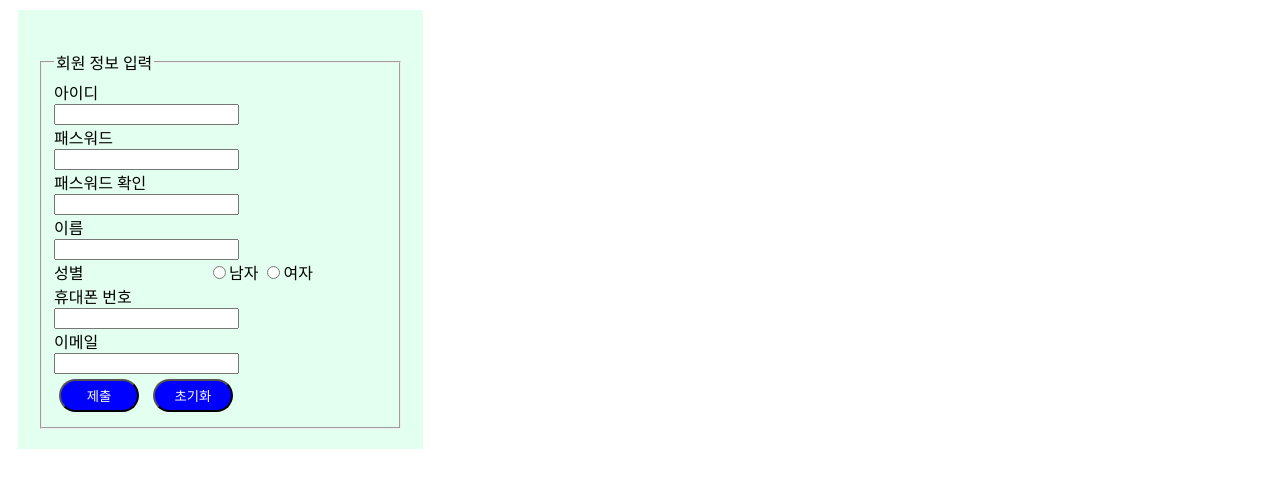
Repository: ypyp0205/jquery
Page: jqpro/WebContent/0205/formsend_valid.html
These files come from the project's save history. The page is drawn as it stood at one moment and after the next save; the edit follows.
The browser window is 1280 px wide. The pictures show the whole page.

Above is the page before, as saved 2020-02-06 04:40:43.

### jqpro/WebContent/0205/formsend_valid.html
<!DOCTYPE html>
<html>
<head>
<meta charset="UTF-8">
<title>Insert title here</title>
<link rel="stylesheet" href="../CSS/mystyle.css">
<script src="../js/formsend_valid.js"></script>
<style type="text/css">
label {
	display: inline-block;
	width: 150px;
}
div{
width: 365px;
}
</style>
</head>
<body>

	<div class="box">
		<h2></h2>
		<form name="ff" action="">
<fieldset>
<legend>회원 정보 입력</legend>

<label>아이디
</label>
<input type="text" name="id">
<br>

<label>패스워드
</label>
<input type="password" name="pass1">
<br>

<label>패스워드 확인
</label>
<input type="password" name="pass2">
<br>

<label>이름
</label>
<input type="text" name="name">
<br>

<label>성별
</label>
<input type="radio" name="gender">남자
<input type="radio" name="gender">여자
<br>

<label>휴대폰 번호
</label>
<input type="text" name="tel">
<br>

<label>이메일
</label>
<input type="email" name="mail">
<br>


<button type="button">제출</button>
<button type="reset">초기화</button>


</fieldset>



		</form>
	</div>
</body>
</html>

### jqpro/WebContent/CSS/mystyle.css
@CHARSET "UTF-8";

pre {
	height: auto;
	background: #efffef;
	border: 3px solid green;
	font-size: 20px;
	padding: 10px;
	border-radius: 20px;
}

.box {
	background: #e3ffef;
	margin: 10px;
	height: auto;
	padding: 20px;
}

.box div {
	border: 3px dotted green;
	height: auto;
	margin: 10px;
	padding: 10px;
	border-radius: 20px;
}

.box button {
	color: white;
	background: blue;
	padding: 5px;
	margin: 5px;
	width: 80px;
	border-radius: 40px;
}

.box pre {
	padding: 15px;
	color: blue;
	background: rgb(197, 209, 222);
	line-height: 1.5em;
	font-weight: bold;
	}

### jqpro/WebContent/js/formsend_valid.js
/**
 *
 * 정규식을 이용한 데이타 검증
 * 비교문자값.match('정규식'):
 * 정규식.test(비교문자값) 	: 문자값이 정규식에 맞는가
 * 						: 결과값 true, false로 리턴
 */

function sendProc() {

	f = document.ff;

	// id는 영문자로 시작하고 숫자를 조합해서 8~12사이로 한다.
	idvalue = f.id.value;
	idlen = idvalue.trim().length;

	if(idlen == 0){
		alert("아이디를 입력");
		return false;
	}
	if(idlen < 8 || idlen > 12){
		alert("아이디는 8~12입니다.");
		return false;
	}
	idreg = /^[a-zA-z][0-9a-zA-Z]{7,11}$/
	if(!(idreg.test(idvalue))){
		alert("아이디 형식오류");
		return false;
	}
	///////////////////////
	// 이름
	namevalue = f.name.value;
	namelen = namevalue.trim().length;
	if(namelen == 0){
		alert("name입력");
		return false;
	}
	namereg = /^[가-힣]+|^[a-zA-Z]+/;
			if(namereg.test(namevalue)){
				rkor = /^[가-힣]+$/;
				reng = /^[a-zA-Z]+$/;

				if(rkor.test(namevalue)){
					if(namelen < 2 || namelen > 5){
						alert("한글이름은 2~5글자로 작성해주세요.");
						return false;
					}
				}else if(reng.test(namevalue)){
					if(namelen < 10 || namelen > 20){
						alert("영문 이름은 10~20글자로 작성해주세요.");
						return false;
					}
				}else{
					alert("이름 형식 오류");
					return false;
				}
			}else{
				alert("이름 형식 오류");
				return false;
			}
			//////////////////////////////////
			// 비밀번호 - 영문 숫자 특수문자가 반드시 한글자 이상씩포함.

			// 전방탐색
			// \w+(?=str) --> str을 찾아서, str을 기준으로 앞에 한번이상 나오는 문자나 숫자를 검색한다.
			// str을 기준으로 앞에 나타나는 문자나 숫자가 없다면 str로 시작한다.
			passvalue = f.pass.value;
			passlen = passvalue.trim().length;

			pass2 = f.pass2.value;
			if(passvalue != pass2){
				alert("2개의 비밀번호가 불일치");
				return false;
			}



			if(passlen == 0){
				alert("비밀번호를 입력");
				return false;
			}
			if(passlen < 8 || passlen > 12){
				alert("비밀번호는 8~12압나다.");
				return false;
			}
			passreg = /^(?=.*[A-Z])(?=.*[a-z])(?=.*[0-9])(?=.*[~!@#$%^&*]).{8,12}$/;
			if(!(passreg.test(passvalue))){
				alert("비밀번호 형식오류");
				return false;
			}
			///////////////////////////
			// 전화번호
			telvalue = f.tel.value;
			tellen = telvalue.trim().length;

			if(tellen == 0){
				alert("전화번호 입력");
				return false;
			}
			telreg = /^\d{3}-\d{4}-\d{4}$/;
			if(!(telreg.test(telvalue))){
				alert("전화번호 형식오류");
				return false;
			}
			///////////////////////////
			// 이메일
			mailvalue = f.mail.value;
			maillen = mailvalue.trim().length;

			if(maillen == 0){
				alert("이메일 입력");
				return false;
			}
			mailreg = /^[a-zA-Z0-9]+@[a-zA-Z0-9]+(\.[a-zA-Z0-9]+){1,2}$/;
			if(!(mailreg.test(mailvalue))){
				alert("이메일 형식오류");
				return false;
			}


				return true;
}

After the next save:
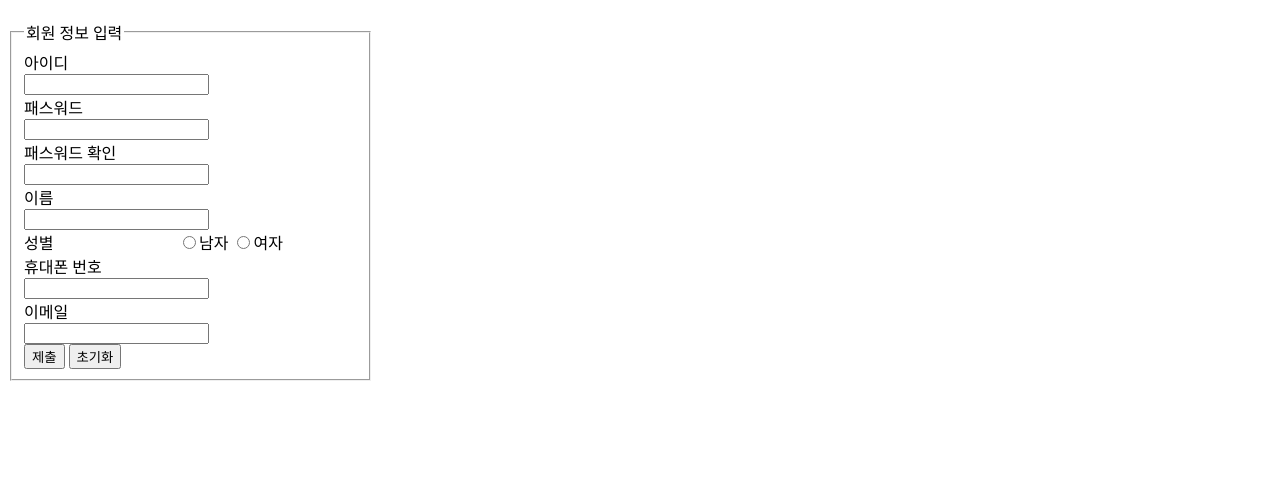
Saved 10 min 25 s later.
--- a/jqpro/WebContent/0205/formsend_valid.html
+++ b/jqpro/WebContent/0205/formsend_valid.html
@@ -17,7 +17,7 @@ width: 365px;
 </head>
 <body>
 
-	<div class="box">
+	<div id="result1">
 		<h2></h2>
 		<form name="ff" action="">
 <fieldset>
@@ -60,7 +60,7 @@ width: 365px;
 <br>
 
 
-<button type="button">제출</button>
+<button type="button" onclick="sendProc()">제출</button>
 <button type="reset">초기화</button>
 
 
